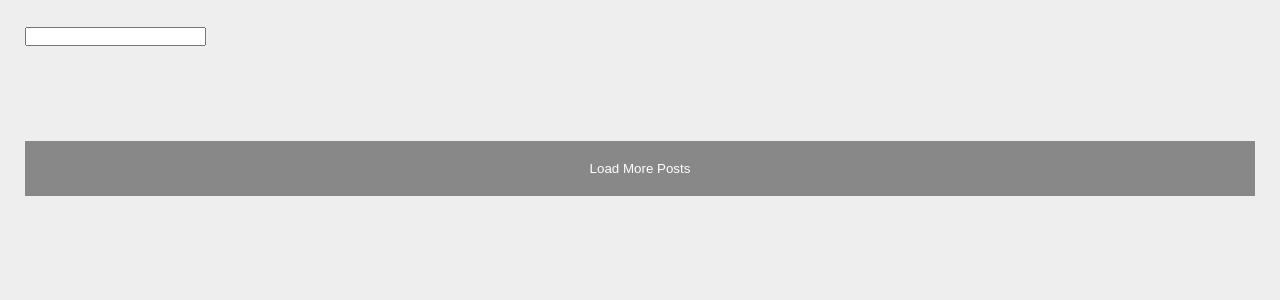
Repository: anderfmelo/temp-repo
Page: /
The author's editor kept a copy of each file at every save. The page is drawn from the files as they stood at one save, then again after the next save.
The browser window is 1280 px wide. The pictures show the whole page.
The page's requests for data from a server got no answer. The project was rebuilt for these pictures with package versions that can differ from the ones it lists, and the page was loaded fresh each time. No one was signed in, and anything a server would have sent is missing. Also part of the build but not shown: src/components/Posts/styles.css, src/components/PostCard/styles.css, src/components/PostCard/index.jsx, src/components/Posts/index.jsx.

Above is the page before, as saved 2022-04-20 16:34:37.

### public/index.html
<!DOCTYPE html>
<html lang="en">
  <head>
    <meta charset="utf-8" />
    <link rel="icon" href="%PUBLIC_URL%/favicon.ico" />
    <meta name="viewport" content="width=device-width, initial-scale=1" />
    <meta name="theme-color" content="#000000" />
    <meta
      name="description"
      content="Web site created using create-react-app"
    />
    <link rel="apple-touch-icon" href="%PUBLIC_URL%/logo192.png" />
    <!--
      manifest.json provides metadata used when your web app is installed on a
      user's mobile device or desktop. See https://developers.google.com/web/fundamentals/web-app-manifest/
    -->
    <link rel="manifest" href="%PUBLIC_URL%/manifest.json" />
    <!--
      Notice the use of %PUBLIC_URL% in the tags above.
      It will be replaced with the URL of the `public` folder during the build.
      Only files inside the `public` folder can be referenced from the HTML.

      Unlike "/favicon.ico" or "favicon.ico", "%PUBLIC_URL%/favicon.ico" will
      work correctly both with client-side routing and a non-root public URL.
      Learn how to configure a non-root public URL by running `npm run build`.
    -->
    <title>React App</title>
  </head>
  <body>
    <noscript>You need to enable JavaScript to run this app.</noscript>
    <div id="root"></div>
    <!--
      This HTML file is a template.
      If you open it directly in the browser, you will see an empty page.

      You can add webfonts, meta tags, or analytics to this file.
      The build step will place the bundled scripts into the <body> tag.

      To begin the development, run `npm start` or `yarn start`.
      To create a production bundle, use `npm run build` or `yarn build`.
    -->
  </body>
</html>

### src/index.js
import React from 'react';
import ReactDOM from 'react-dom/client';
import './styles/global-styles.css';

import Home from './templates/Home';

const root = ReactDOM.createRoot(document.getElementById('root'));
root.render(
  <React.StrictMode>
    <Home />
  </React.StrictMode>
);

### src/templates/Home/index.jsx
import "./styles.css";

import { Component } from "react";

import { loadPosts } from "../../utils/load-posts";
import { Posts } from "../../components/Posts";
import { Button } from "../../components/Button";

export class Home extends Component {
  state = {
    posts: [],
    allPosts: [],
    page: 0,
    postsPerPage: 2,
    searchValue: "",
  };

  async componentDidMount() {
    await this.loadPosts();
  }

  loadPosts = async () => {
    const { page, postsPerPage } = this.state;

    const postsAndPhotos = await loadPosts();
    this.setState({
      posts: postsAndPhotos.slice(page, postsPerPage),
      allPosts: postsAndPhotos,
    });
  };

  loadMorePosts = () => {
    const { page, postsPerPage, allPosts, posts } = this.state;

    const nextPage = page + postsPerPage;
    const nextPosts = allPosts.slice(nextPage, nextPage + postsPerPage);
    posts.push(...nextPosts);

    this.setState({ posts, page: nextPage });
  };

  handleChange = (e) => {
    const { value } = e.target;
    this.setState({ searchValue: value });
  };

  render() {
    const { posts, page, postsPerPage, allPosts, searchValue } = this.state;
    const noMorePosts = page + postsPerPage >= allPosts.length;

    const filteredPosts = !!searchValue
      ? allPosts.filter((post) => {
          return post.title.toLowerCase().includes(searchValue.toLowerCase());
        })
      : posts;

    return (
      <section className="container">
        {!!searchValue && (
          <>
            <h1>Search value: {searchValue}</h1>
            <br></br>
          </>
        )}

        <input onChange={this.handleChange} value={searchValue} type="search" />
        <br />
        <br />
        <br />

        {filteredPosts.length > 0 && <Posts posts={filteredPosts} />}

        {filteredPosts.length > 0 && <Posts posts={filteredPosts} />}

        <div className="button-container">
          {!searchValue && (
            <Button
              text="Load More Posts"
              quandoClica={this.loadMorePosts}
              disabled={noMorePosts}
            />
          )}
        </div>
      </section>
    );
  }
}

export default Home;

### src/templates/Home/styles.css
.container {
  min-height: 100vh;
  background: #eee;
  padding: 25px;
}

.button-container {
  min-height: 110px;
  display: flex;
  align-items: flex-end;
}

### src/utils/load-posts.js
export const loadPosts = async () => {
    const postsResponse = fetch(
        'https://jsonplaceholder.typicode.com/posts');

    const photosResponse = fetch(
        'https://jsonplaceholder.typicode.com/photos');

    const [posts, photos] = await Promise.all(
        [postsResponse, photosResponse]);

    const postsJson = await posts.json();
    const photosJson = await photos.json();

    const postsAndPhotos = postsJson.map((post, index) => {
        return { ...post, cover: photosJson[index].url }
    });

    return postsAndPhotos;
}

### src/components/Button/index.jsx
import "./styles.css";

import { Component } from "react";

export class Button extends Component {
  render() {
    const { text, quandoClica, disabled } = this.props;

    return (
      <button className="button" onClick={quandoClica} disabled={disabled}>
        {text}
      </button>
    );
  }
}

### src/components/Button/styles.css
.button {
    width: 100%;
    background: darkblue;
    color: white;
    border: none;
    padding: 20px 30px;
    cursor: pointer;
    transition: transform 0.6s ease-in-out;
    transition: box-shadow 0.2s ease-in-out;
}

.button:disabled {
    background: #888;
    cursor: not-allowed;
}

button:hover{
    transform: scale(1.05);
    background: white;
    color: darkblue;
}

.button:disabled:hover{
    transform: scale(1.05);
    color: red;
}

Loaded but not shown: src/styles/global-styles.css (common file)

After the next save:
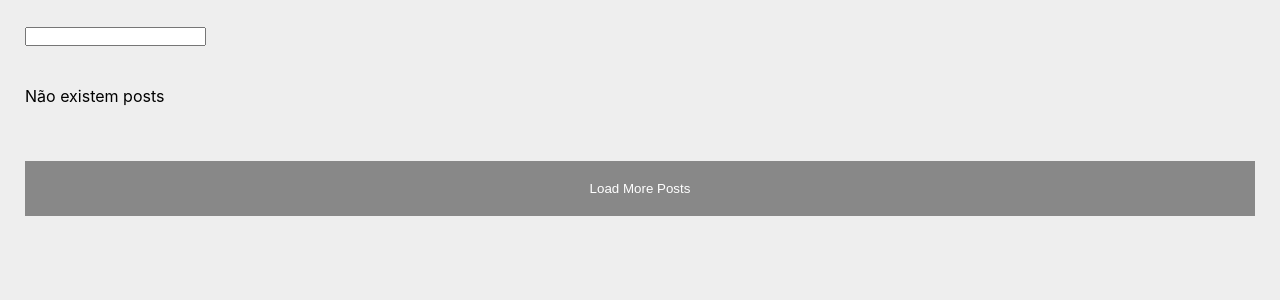
Saved 68 s later.
--- a/src/templates/Home/index.jsx
+++ b/src/templates/Home/index.jsx
@@ -70,7 +70,7 @@ export class Home extends Component {
 
         {filteredPosts.length > 0 && <Posts posts={filteredPosts} />}
 
-        {filteredPosts.length > 0 && <Posts posts={filteredPosts} />}
+        {filteredPosts.length === 0 && <p>Não existem posts </p>}
 
         <div className="button-container">
           {!searchValue && (
